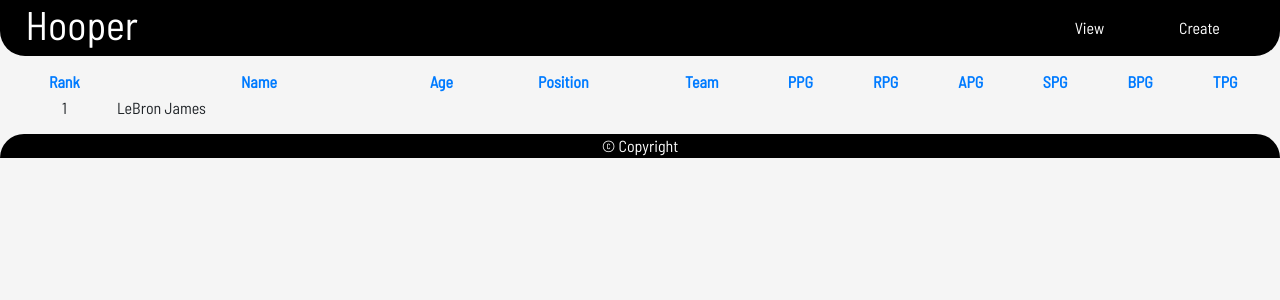
Repository: vlasarte/Hooper
Page: viewplayers.html
The author's editor kept a copy of each file at every save. The page is drawn from the files as they stood at one save, then again after a run of saves.
The browser window is 1280 px wide. The pictures show the whole page.

Above is the page before, as saved 2020-02-24 17:15:54.

### viewplayers.html
<!DOCTYPE html>
<!--[if lt IE 7]>      <html class="no-js lt-ie9 lt-ie8 lt-ie7"> <![endif]-->
<!--[if IE 7]>         <html class="no-js lt-ie9 lt-ie8"> <![endif]-->
<!--[if IE 8]>         <html class="no-js lt-ie9"> <![endif]-->
<!--[if gt IE 8]><!--> <html class="no-js"> <!--<![endif]-->
    <head>
        <meta charset="utf-8">
        <meta http-equiv="X-UA-Compatible" content="IE=edge">
        <title>Hooper</title>
        <meta name="description" content="">
        <meta name="viewport" content="width=device-width, initial-scale=1">
        <link href="https://fonts.googleapis.com/css?family=Barlow+Semi+Condensed&display=swap" rel="stylesheet">
        <link rel="stylesheet" href="https://stackpath.bootstrapcdn.com/bootstrap/4.3.1/css/bootstrap.min.css" integrity="sha384-ggOyR0iXCbMQv3Xipma34MD+dH/1fQ784/j6cY/iJTQUOhcWr7x9JvoRxT2MZw1T" crossorigin="anonymous">
        <link rel="stylesheet" href="assets/css/style.css">
    </head>
    <body>

        <header>
            <h1>Hooper</h1>
            <div class="dropdown">
                <button class="dropbtn">Create</button>
                <div class="dropdown-content">
                    <a href="#">Player</a>
                    <a href="#">Team</a>
                    <a class="dropdown-content-last" href="#">Game</a>
                </div>
            </div>
            <div class="dropdown">
                <button class="dropbtn">View</button>
                <div class="dropdown-content">
                    <a href="viewplayers.html">Players</a>
                    <a href="#">Teams</a>
                    <a class="dropdown-content-last" href="#">Games</a>
                </div>
            </div>
        </header>

        <div class="body-container">

            <table style="width:100%">
                <tr>
                    <th><a href="">Rank</a></th>
                    <th><a href="">Name</a></th>
                    <th><a href="">Age</a></th>
                    <th><a href="">Position</a></th>
                    <th><a href="">Team</a></th>
                    <th><a href="">PPG</a></th>
                    <th><a href="">RPG</a></th>
                    <th><a href="">APG</a></th>
                    <th><a href="">SPG</a></th>
                    <th><a href="">BPG</a></th>
                    <th><a href="">TPG</a></th>
                </tr>
                <tr></tr>
                    <td style="text-align: center">1</td>
                    <td>LeBron James</td>
                    <td style="text-align: center"></td>
                    <td style="text-align: center"></td>
                    <td></td>
                    <td style="text-align: center"></td>
                    <td style="text-align: center"></td>
                    <td style="text-align: center"></td>
                    <td style="text-align: center"></td>
                    <td style="text-align: center"></td>
                    <td style="text-align: center"></td>
                </tr>
            </table>

        </div>


        <footer>
            &copy Copyright
        </footer>

        <script src="assets/js/javascript.js" async defer></script>
    </body>
</html>

### assets/css/style.css
/* default settings */

body {
    font-family: 'Barlow Semi Condensed', sans-serif;
    background: whitesmoke;
}


/* header section */

header {
    font-family: 'Barlow Semi Condensed', sans-serif;
    width: 100%;
    height: 56px;
    background: black;
    color: white;
    padding: 0% 2%;
    border-radius: 0px 0px 25px 25px;
    position: sticky;
    top: 0;
    z-index: 1;
}

header h1 {
    float: left;
    height: 56px;
    margin: 0px;
}


/* hover dropdowns */

.dropbtn {
    height: 56px;
    font-family: 'Barlow Semi Condensed', sans-serif;
    min-width: 100px;
    background-color: black;
    color: white;
    padding: 16px;
    font-size: 16px;
    border: none;
    border-radius: 25px 25px 0px 0px;
}

.dropdown {
    margin: 0px 5px;
    float: right;
    position: relative;
    display: inline-block;
}

.dropdown-content {
    text-align: center;
    display: none;
    position: absolute;
    background-color: #f1f1f1;
    width: 100px;
    box-shadow: 0px 8px 16px 0px rgba(0, 0, 0, 0.2);
    z-index: 1;
    border-radius: 0px 0px 25px 25px;
}

.dropdown-content a {
    color: black;
    padding: 12px 16px;
    text-decoration: none;
    display: block;
}

.dropdown-content a:hover {
    background-color: #ddd;
}

.dropdown:hover .dropdown-content {
    display: block;
}

.dropdown:hover .dropbtn {
    background-color: #ddd;
    color: black;
}

.dropdown-content-last {
    border-radius: 0px 0px 25px 25px;
}

/* body container */

.body-container {
    padding: 1%;
}

th {
    text-align: center;
    color: black;
    font-weight: bold;
}


/* footer section */

footer {
    width: 100%;
    text-align: center;
    background: black;
    color: white;
    border-radius: 25px 25px 0px 0px;
}

### assets/js/javascript.js
var player = {
    name: "LeBron James",
    team: "LAL",
    position: "SF",
    PPG: 25.0,
    APG: 10.8,
    RPG: 7.8
}

var playerName = [
    "LeBron James",
    "Anthony Davis",
    "James Harden",
    "Kawhi Leonard",
    "Luka Doncic",
    ""]

After the next 2 saves:
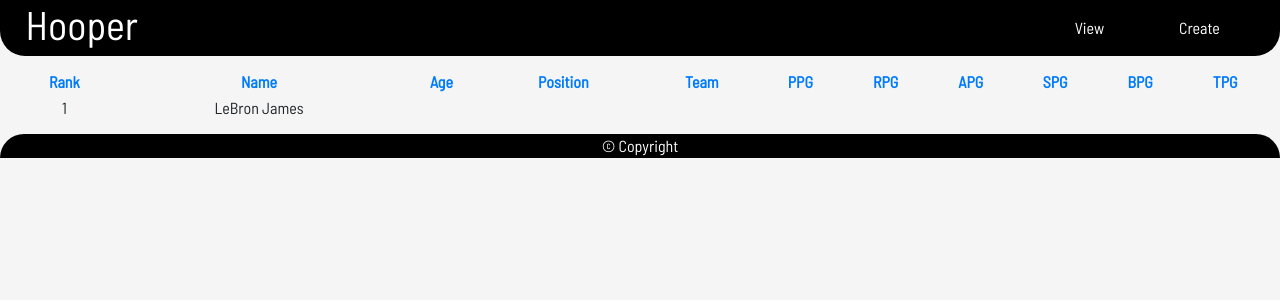
The 2 saves are shown as one change because they came seconds apart.
The last was saved 15 s later.
--- a/viewplayers.html
+++ b/viewplayers.html
@@ -53,10 +53,10 @@
                 </tr>
                 <tr></tr>
                     <td style="text-align: center">1</td>
-                    <td>LeBron James</td>
+                    <td style="text-align: center">LeBron James</td>
                     <td style="text-align: center"></td>
                     <td style="text-align: center"></td>
-                    <td></td>
+                    <td style="text-align: center"></td>
                     <td style="text-align: center"></td>
                     <td style="text-align: center"></td>
                     <td style="text-align: center"></td>
